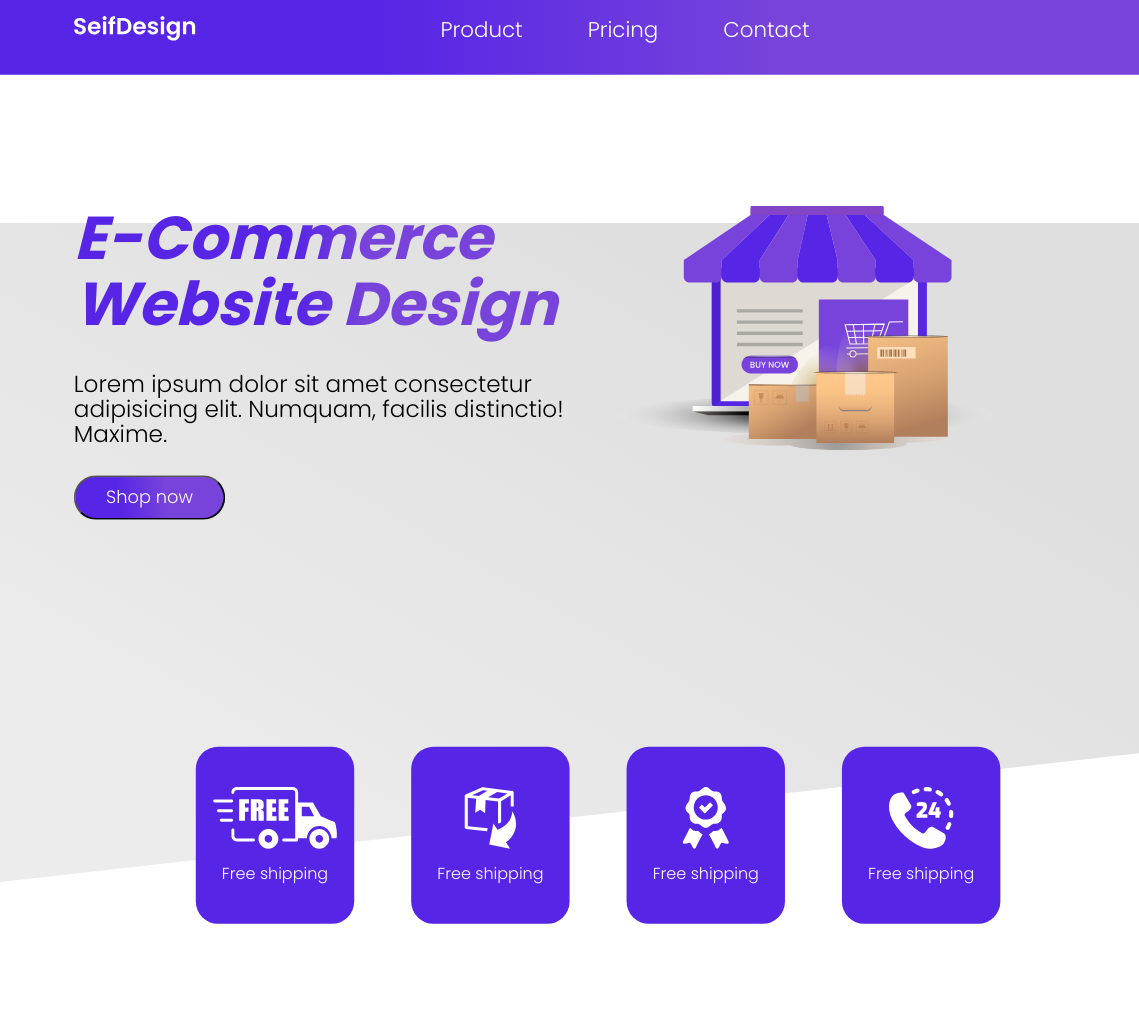
Repository: simralgasimov/newpage
Page: index.html
An editor plug-in stored every save of this project. The page is shown before and after the next save, followed by the edit.
The browser window is 1280 px wide. The pictures show the whole page, at 89% of full size.
The style sheet was rebuilt from its Sass, Less or Tailwind sources for each picture, by a compiler version that may differ from the author's.

Above is the page before, as saved 2023-12-13 14:44:01.
Not found: index.js

### index.html
<!DOCTYPE html>
<html lang="en">
  <head>
    <meta charset="UTF-8" />
    <meta name="viewport" content="width=device-width, initial-scale=1.0" />
    <title>Document</title>
    <link rel="stylesheet" href="./reset.css" />
    <link rel="stylesheet" href="./index.css" />
  </head>
  <body>
    <div class="container">
      <nav>
        <div class="logo">
          <img src=".//image/SeifDesign.svg" alt="" />
        </div>
        <ul>
          <li><a href="#">Product</a></li>
          <li><a href="#">Pricing</a></li>
          <li><a href="#">Contact</a></li>
        </ul>
        <div class="burgerMenu">
          <img src="./image/Frame 1.svg" alt="" />
        </div>
      </nav>
    </div>
    <div class="shopPage">
      <div class="page-1">
        <div class="rightPage">
          <h1>E-Commerce Website Design</h1>
          <p>
            Lorem ipsum dolor sit amet consectetur adipisicing elit. Numquam,
            facilis distinctio! Maxime.
          </p>
          <button><a href="#">Shop now</a></button>
        </div>
        <div class="leftPage">
          <img src=".//image/Group (1).svg" alt="" />
        </div>
      </div>
      <div class="page-2">
        <ul>
          <li>
            <img src="./image/Group (2).svg" alt="" />
            <p>Free shipping</p>
          </li>

          <li>
            <img src="./image/Vector (1).svg" alt="" />
            <p>Free shipping</p>
          </li>
          <li>
            <img src="./image/Group (3).svg" alt="" />
            <p>Free shipping</p>
          </li>
          <li>
            <img src="./image/Vector (2).svg" alt="" />
            <p>Free shipping</p>
          </li>
        </ul>
      </div>
    </div>
  </body>
  <script src="./index.js"></script>
</html>

### index.scss
@import url("https://fonts.googleapis.com/css2?family=Poppins:wght@300;700&display=swap");
* {
  margin: 0;
  padding: 0;
  box-sizing: border-box;
}
.container {
  padding: 16px 83px 33px 83px;
  background: linear-gradient(270deg, #7743db 31.64%, #5725e5 66.78%);
  @media screen and (max-width: 1024px) {
    padding: 21px 21px;
  }
  nav {
    display: flex;
    align-items: center;
    @media screen and (max-width: 1024px) {
      display: flex;
      justify-content: space-between;
    }
    .burgerMenu {
      display: none;
      @media screen and (max-width: 1024px) {
        display: block;
      }
    }
    .logo {
      width: 139px;
    }
    @media screen and (max-width: 1024px) {
      width: 97px;
    }
    ul {
      @media screen and (max-width: 1024px) {
        display: none;
      }
      display: flex;
      list-style-type: none;
      margin-left: 200px;

      li {
        margin-left: 73px;

        a {
          text-decoration: none;
          width: 98px;
          height: 30px;
          color: #fff;
          text-align: center;
          font-family: Poppins;
          font-size: 24px;
          font-style: normal;
          font-weight: 300;
          line-height: normal;
        }
      }
    }
  }
}
.shopPage {
  /* position: absolute; */
  background-image: url(./image/Rectangle\ 3.svg);
  background-repeat: no-repeat;
    background-size: 100% 100%;
  /* // background-size: contain; */
  .page-1 {
    padding: 147px 164px 43px 83px;
    display: flex;
    justify-content: center;
    height: 874.5px;
    .rightPage {
      h1 {
        margin-bottom: 32px;
        width: 608px;
        height: 154px;
        font-family: Poppins;
        font-size: 68px;
        font-style: italic;
        font-weight: 700;
        line-height: 109%; /* 74.12px */
        background: linear-gradient(268deg, #7743db 46.2%, #5725e5 59.09%);
        background-clip: text;
        -webkit-background-clip: text;
        -webkit-text-fill-color: transparent;
      }
      p {
        width: 608px;
        color: #000;
        font-family: Poppins;
        font-size: 26px;
        font-style: normal;
        font-weight: 300;
        line-height: 109%;
      }
      button {
        margin-top: 32px;
        display: flex;
        width: 170px;
        height: 50px;
        padding: 0px 24px;
        justify-content: center;
        align-items: center;
        flex-shrink: 0;
        border-radius: 25px;
        background: linear-gradient(263deg, #7743db 38.81%, #5725e5 70.24%);
        a {
          text-decoration: none;
          color: #fff;
          font-family: Poppins;
          font-size: 20px;
          font-style: normal;
          font-weight: 400;
          line-height: 109%; /* 21.8px */
        }
      }
    }
    .leftPage {
      img {
        width: 100%;
      }
    }
  }
  .page-2 {
    ul {
      display: flex;
      justify-content: center;

      li {
        margin-left: 64px;
        position: relative;

        bottom: 120px;

        display: flex;
        width: 178px;
        height: 199px;
        padding: 10px;
        flex-direction: column;
        justify-content: center;
        align-items: center;
        gap: 18px;
        flex-shrink: 0;
        border-radius: 25px;
        background: #5725e5;
        img {
          width: 139.997px;
          height: 70px;
        }
        p {
          color: #fff;
          text-align: center;
          font-family: Poppins;
          font-size: 18px;
          font-style: normal;
          font-weight: 400;
          line-height: 109%; /* 19.62px */
        }
      }
    }
  }
}

Loaded but not shown: reset.css (common file)

After the next save:
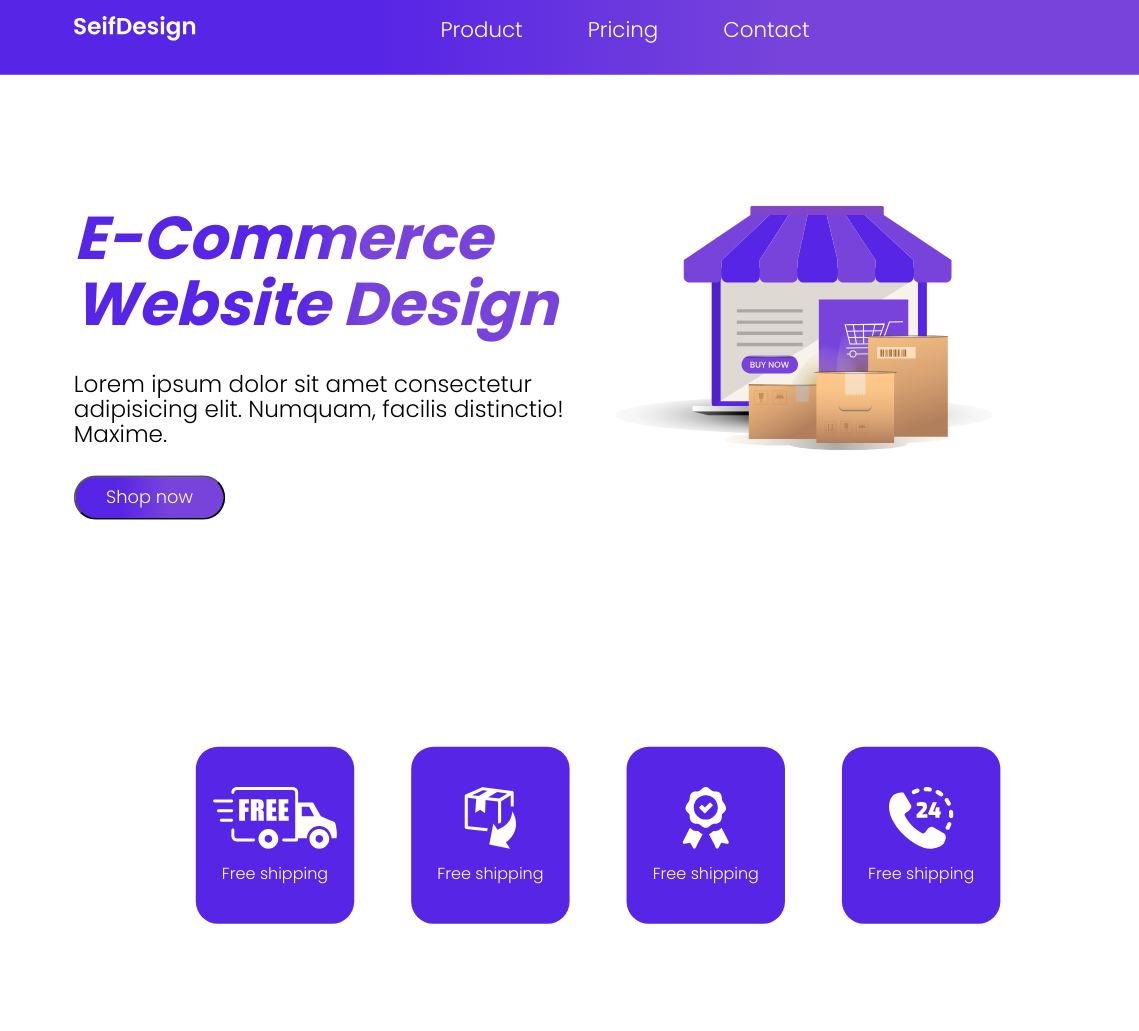
Saved 26 s later.
--- a/index.scss
+++ b/index.scss
@@ -58,9 +58,7 @@
 }
 .shopPage {
   /* position: absolute; */
-  background-image: url(./image/Rectangle\ 3.svg);
-  background-repeat: no-repeat;
-    background-size: 100% 100%;
+
   /* // background-size: contain; */
   .page-1 {
     padding: 147px 164px 43px 83px;
